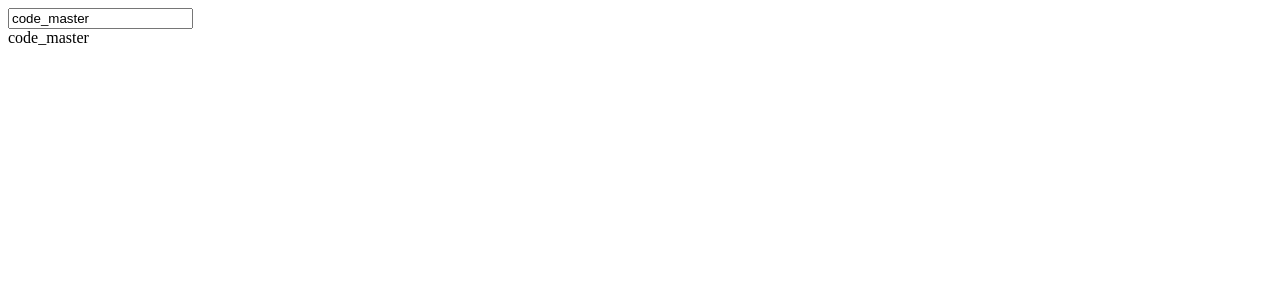
Repository: myjdml/proxy
Page: index.html
These files come from the project's save history. The page is drawn as it stood at one moment and after the next save; the edit follows.
The browser window is 1280 px wide. The pictures show the whole page.

Above is the page before, as saved 2020-04-22 00:40:02.

After the next save:
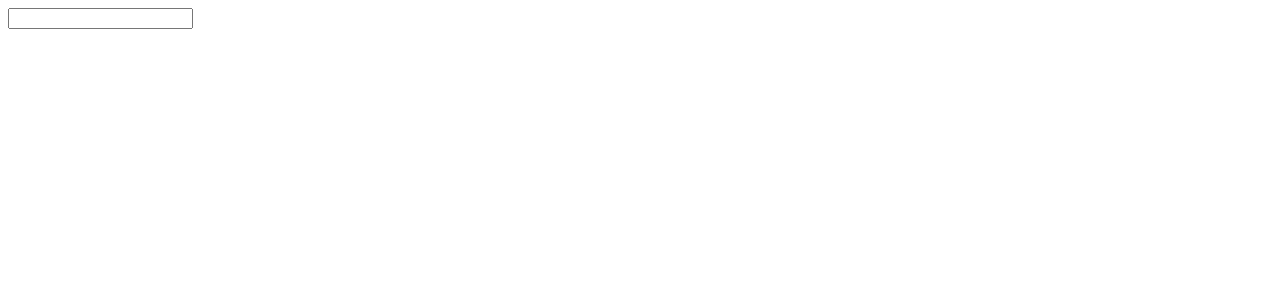
Saved 65 s later.
--- a/proxy.js
+++ b/proxy.js
@@ -5,15 +5,15 @@
     // 在页面中操作，会改变数据
     proxy.value = e.target.value
 })
-let obj = {}
-let proxy = new Proxy(obj, {
-  get: (target, key) => {
-    return target[key]
-  },
-  set: (target, key, value, receiver) => {
-    target[key] = value
-    inputEle.value = value
-    showEle.innerHTML = value
-  }
-})
-proxy.value = 'code_master'
+// let obj = {}
+// let proxy = new Proxy(obj, {
+//   get: (target, key) => {
+//     return target[key]
+//   },
+//   set: (target, key, value, receiver) => {
+//     target[key] = value
+//     inputEle.value = value
+//     showEle.innerHTML = value
+//   }
+// })
+// proxy.value = 'code_master'

After the save that followed:
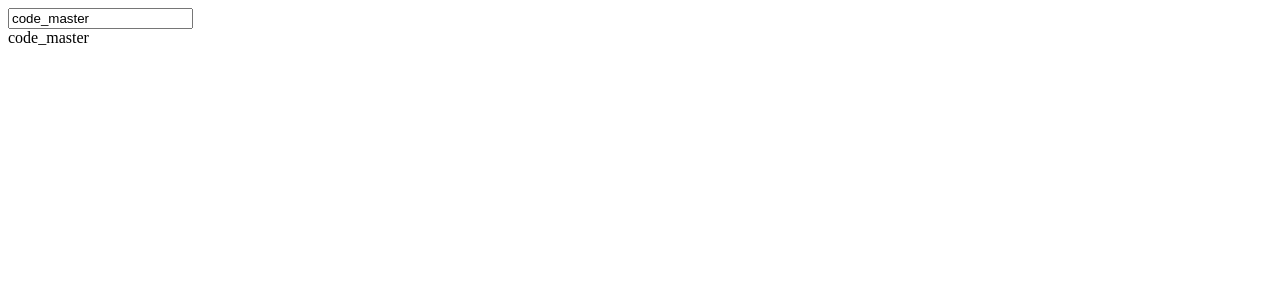
Saved 18 s later.
--- a/proxy.js
+++ b/proxy.js
@@ -5,15 +5,15 @@
     // 在页面中操作，会改变数据
     proxy.value = e.target.value
 })
-// let obj = {}
-// let proxy = new Proxy(obj, {
-//   get: (target, key) => {
-//     return target[key]
-//   },
-//   set: (target, key, value, receiver) => {
-//     target[key] = value
-//     inputEle.value = value
-//     showEle.innerHTML = value
-//   }
-// })
-// proxy.value = 'code_master'
+let obj = {}
+let proxy = new Proxy(obj, {
+  get: (target, key) => {
+    return target[key]
+  },
+  set: (target, key, value, receiver) => {
+    target[key] = value
+    inputEle.value = value
+    showEle.innerHTML = value
+  }
+})
+proxy.value = 'code_master'
